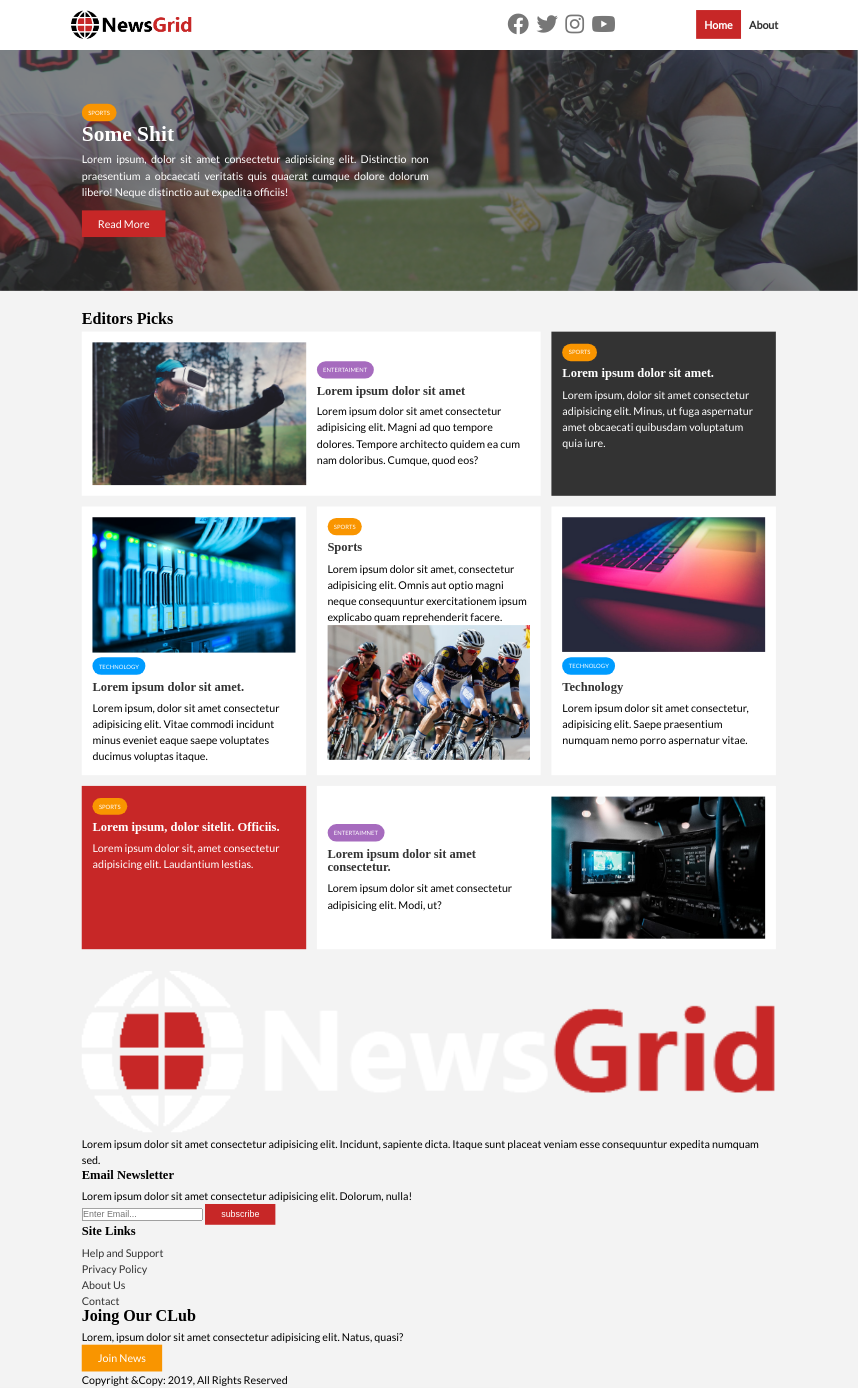
Repository: EswinGiova/NewsGrid
Page: index.html
The author's editor kept a copy of each file at every save. The page is drawn from the files as they stood at one save, then again after the next save.
The browser window is 1280 px wide. The pictures show the whole page, at 67% of full size.
Some web libraries are served in a nearby version.

Above is the page before, as saved 2020-09-20 15:43:21.

### index.html
<!DOCTYPE html>
<html lang="en">
  <head>
    <meta charset="UTF-8" />
    <meta name="viewport" content="width=device-width, initial-scale=1.0" />
    <link rel="shortcut icon" type="image/x-icon" href="favicon.ico" />
    <link
      href="https://fonts.googleapis.com/css2?family=Lato&family=Staatliches&display=swap"
      rel="stylesheet"
    />
    <link rel="stylesheet" href="./css/style.css" />
    <link
      rel="stylesheet"
      media="screen and (max-width: 768px)"
      href="./css/mobile.css"
    />

    <link
      rel="stylesheet"
      href="https://cdnjs.cloudflare.com/ajax/libs/font-awesome/5.14.0/css/all.min.css"
      integrity="sha512-1PKOgIY59xJ8Co8+NE6FZ+LOAZKjy+KY8iq0G4B3CyeY6wYHN3yt9PW0XpSriVlkMXe40PTKnXrLnZ9+fkDaog=="
      crossorigin="anonymous"
    />

    <title>NewsGrid | Latest News</title>
  </head>
  <body>
    <nav id="main-nav">
      <div class="container">
        <img src="./image_resources/logo.png" alt="" class="logo" />
        <div class="social">
          <a href="#" target="_blank"><i class="fab fa-facebook fa-2x"></i></a>
          <a href="#" target="_blank"><i class="fab fa-twitter fa-2x"></i></a>
          <a href="#" target="_blank"><i class="fab fa-instagram fa-2x"></i></a>
          <a href="#" target="_blank"><i class="fab fa-youtube fa-2x"></i></a>
        </div>
        <ul>
          <li><a href="#" class="current">Home</a></li>
          <li><a href="#">About </a></li>
        </ul>
      </div>
    </nav>

    <header id="showcase">
      <div class="container">
        <div class="showcase-container">
          <div class="showcase-content">
            <div class="category category-sports">Sports</div>
            <h1>Some Shit</h1>
            <p>
              Lorem ipsum, dolor sit amet consectetur adipisicing elit.
              Distinctio non praesentium a obcaecati veritatis quis quaerat
              cumque dolore dolorum libero! Neque distinctio aut expedita
              officiis!
            </p>
            <a href="./article.html" class="btn btn-primary">Read More </a>
          </div>
        </div>
      </div>
    </header>
    <!-- Hombe articles -->

    <section id="home-articles" class="py-2">
      <div class="container">
        <h2>Editors Picks</h2>
        <div class="articles-container">
          <article class="card">
            <img src="./image_resources/articles/ent1.jpg" alt="" />
            <div>
              <div class="category category-ent">Entertaiment</div>
              <h3>
                <a href="./article.html">Lorem ipsum dolor sit amet</a>
              </h3>
              <p>
                Lorem ipsum dolor sit amet consectetur adipisicing elit. Magni
                ad quo tempore dolores. Tempore architecto quidem ea cum nam
                doloribus. Cumque, quod eos?
              </p>
            </div>
          </article>
          <article class="card bg-dark">
            <div class="category category-sports">Sports</div>
            <h3>
              <a href="./article.html">Lorem ipsum dolor sit amet.</a>
            </h3>
            <p>
              Lorem ipsum, dolor sit amet consectetur adipisicing elit. Minus,
              ut fuga aspernatur amet obcaecati quibusdam voluptatum quia iure.
            </p>
          </article>

          <article class="card">
            <img src="./image_resources/articles/tech1.jpg" alt="" />
            <div class="category category-tech">Technology</div>
            <h3><a href="./article.html">Lorem ipsum dolor sit amet.</a></h3>
            <p>
              Lorem ipsum, dolor sit amet consectetur adipisicing elit. Vitae
              commodi incidunt minus eveniet eaque saepe voluptates ducimus
              voluptas itaque.
            </p>
          </article>

          <article class="card">
            <div class="category category-sports">Sports</div>
            <h3>
              <a href="./article.html">Sports</a>
            </h3>
            <p>
              Lorem ipsum dolor sit amet, consectetur adipisicing elit. Omnis
              aut optio magni neque consequuntur exercitationem ipsum explicabo
              quam reprehenderit facere.
            </p>
            <img src="./image_resources/articles/sports1.jpg" alt="" />
          </article>

          <article class="card">
            <img src="./image_resources/articles/tech2.jpg" alt="" />
            <div class="category category-tech">Technology</div>
            <h3><a href="./article.html">Technology</a></h3>
            <p>
              Lorem ipsum dolor sit amet consectetur, adipisicing elit. Saepe
              praesentium numquam nemo porro aspernatur vitae.
            </p>
          </article>
          <article class="card bg-primary">
            <div class="category category-sports">Sports</div>
            <h3>
              <a href="./article.html">Lorem ipsum, dolor sitelit. Officiis.</a>
            </h3>
            <p>
              Lorem ipsum dolor sit, amet consectetur adipisicing elit.
              Laudantium lestias.
            </p>
          </article>

          <article class="card">
            <div>
              <div class="category category-ent">Entertaimnet</div>
              <h3>
                <a href="./article.html"
                  >Lorem ipsum dolor sit amet consectetur.</a
                >
              </h3>
              <p>
                Lorem ipsum dolor sit amet consectetur adipisicing elit. Modi,
                ut?
              </p>
            </div>
            <img src="./image_resources/articles/ent2.jpg" alt="" />
          </article>
        </div>
      </div>
    </section>
    <footer id="main-footer">
      <div class="container footer-container">
        <div>
          <img src="./image_resources/logo_light.png" alt="news" />
          <p>
            Lorem ipsum dolor sit amet consectetur adipisicing elit. Incidunt,
            sapiente dicta. Itaque sunt placeat veniam esse consequuntur
            expedita numquam sed.
          </p>
        </div>
        <div>
          <h3>Email Newsletter</h3>
          <p>
            Lorem ipsum dolor sit amet consectetur adipisicing elit. Dolorum,
            nulla!
          </p>
          <form>
            <input type="email" placeholder="Enter Email..." />
            <input type="submit" value="subscribe" class="btn btn-primary" />
          </form>
        </div>
        <div>
          <h3>Site Links</h3>
          <ul class="list">
            <li><a href="#">Help and Support</a></li>
            <li><a href="#">Privacy Policy</a></li>
            <li><a href="#">About Us</a></li>
            <li><a href="#">Contact</a></li>
          </ul>
        </div>
        <div>
          <h2>Joing Our CLub</h2>
          <p>
            Lorem, ipsum dolor sit amet consectetur adipisicing elit. Natus,
            quasi?
          </p>
          <a href="#" class="btn btn-secondary">Join News</a>
        </div>
        <div>
          <p>Copyright &Copy: 2019, All Rights Reserved</p>
        </div>
      </div>
    </footer>
  </body>
</html>

### css/style.css
:root {
  --primary-color: #c72727;
  --secondary-color: #f99500;
  --light-color: #f3f3f3;
  --dark-color: #333;
  --max-width: 1100px;
}

.category {
  --sports-color: #f99500;
  --ent-color: #a66bbe;
  --tech-color: #009cff;
}
* {
  margin: 0;
  padding: 0;
  box-sizing: border-box;
}
body {
  font-family: 'Lato', sans-serif;
  line-height: 1.5;
  background: var(--light-color);
}

a {
  color: var(--dark-color);
  text-decoration: none;
}

ul {
  list-style: none;
}

img {
  width: 100%;
}

h1,
h2,
h3,
h4,
h5,
h6 {
  font-family: 'Staaliches', cursive;
  margin-bottom: 0.55rem;
  line-height: 1.3rem;
}

/*  utility class */

.container {
  max-width: var(--max-width);
  margin: auto;
  padding: 0 2rem;
  overflow: hidden;
}

/* category */

.category {
  display: inline-block;
  color: #fff;
  font-size: 0.55rem;
  text-transform: uppercase;
  padding: 0.4rem 0.6rem;
  border-radius: 15px;
  margin-bottom: 0.5rem;
}

.category-sports {
  background: var(--sports-color);
}
.category-ent {
  background: var(--ent-color);
}
.category-tech {
  background: var(--tech-color);
}

/* btn */

.btn {
  display: inline-block;
  border: none;
  background: var(--dark-color);
  color: #fff;
  padding: 0.5rem 1.5rem;
}

.btn-light {
  background: var(--light-color);
}
.btn-primary {
  background: var(--primary-color);
}
.btn-secondary {
  background: var(--secondary-color);
}
.btn:hover {
  opacity: 0.8;
}

.btn-block {
  display: block;
  width: 100%;
  text-align: center;
}

/* cards */

.card {
  background: white;
  padding: 1rem;
}

.bg-dark {
  background: var(--dark-color);
  color: white;
}
.bg-primary {
  background: var(--primary-color);
  color: white;
}
.bg-secondary {
  background: var(--secondary-color);
  color: #fff;
}
.py-1 {
  padding: 1.5rem 0;
}
.py-2 {
  padding: 2rem 0;
}
.py-3 {
  padding: 3rem 0;
}
.p-1 {
  padding: 1.5rem;
}
.p-2 {
  padding: 2rem;
}
.p-3 {
  padding: 3rem;
}

.bg-dark h1,
.bg-dark h2,
.bg-dark h3,
.bg-dark a,
.bg-primary h1,
.bg-primary h2,
.bg-primary h3,
.bg-primary a,
.bg-secondary h1,
.bg-secondary h2,
.bg-secondary h3,
.bg-secondary a {
  color: #fff;
}

/* Navigation */
#main-nav {
  background: #fff;
  position: sticky;
  top: 0;
  z-index: 2;
}

#main-nav .container {
  display: grid;
  grid-template-columns: 6fr 3fr 2fr;
  padding: 1rem;
  align-items: center;
}

#main-nav .logo {
  width: 180px;
}

#main-nav ul {
  display: flex;
  justify-self: end;
}

#main-nav ul li a {
  padding: 0.77rem;
  font-weight: bold;
}

#main-nav ul li .current {
  background: var(--primary-color);
  color: white;
}

#main-nav ul li .current:hover {
  background: var(--light-color);
  color: var(--dark-color);
}
#main-nav .social {
  justify-self: center;
}

#main-nav .social i {
  color: #777;
  margin-left: 0.5rem;
}

/* showcase */
#showcase {
  background: #333;
  color: #fff;
  position: relative;
}

#showcase:before {
  content: '';
  background: url('../image_resources/featured.jpg') center center/cover;
  position: absolute;
  top: 0;
  left: 0;
  width: 100%;
  height: 100%;
  opacity: 0.4;
}
#showcase .showcase-container {
  height: 50vh;
  display: grid;
  grid-template-columns: repeat(2, 1fr);
  justify-content: center;
  align-content: center;
}
#showcase .showcase-container .showcase-content {
  z-index: 2;
  text-align: justify;
}
#showcase .showcase-container .showcase-content p {
  margin: 1rem 0;
}
/* Home Articles  */

#home-articles .articles-container {
  display: grid;
  grid-template-columns: repeat(3, 1fr);
  grid-gap: 1rem;
}

#home-articles .articles-container > *:first-child,
#home-articles .articles-container > *:last-child {
  display: grid;
  grid-template-columns: repeat(2, 1fr);
  grid-column: 1 / span 2;
  grid-gap: 1rem;
  align-items: center;
}
#home-articles .articles-container > *:last-child {
  grid-column: 2 / span 2;
}

Loaded but not shown: css/mobile.css (no copy from this time; the picture is the same without it)

After the next save:
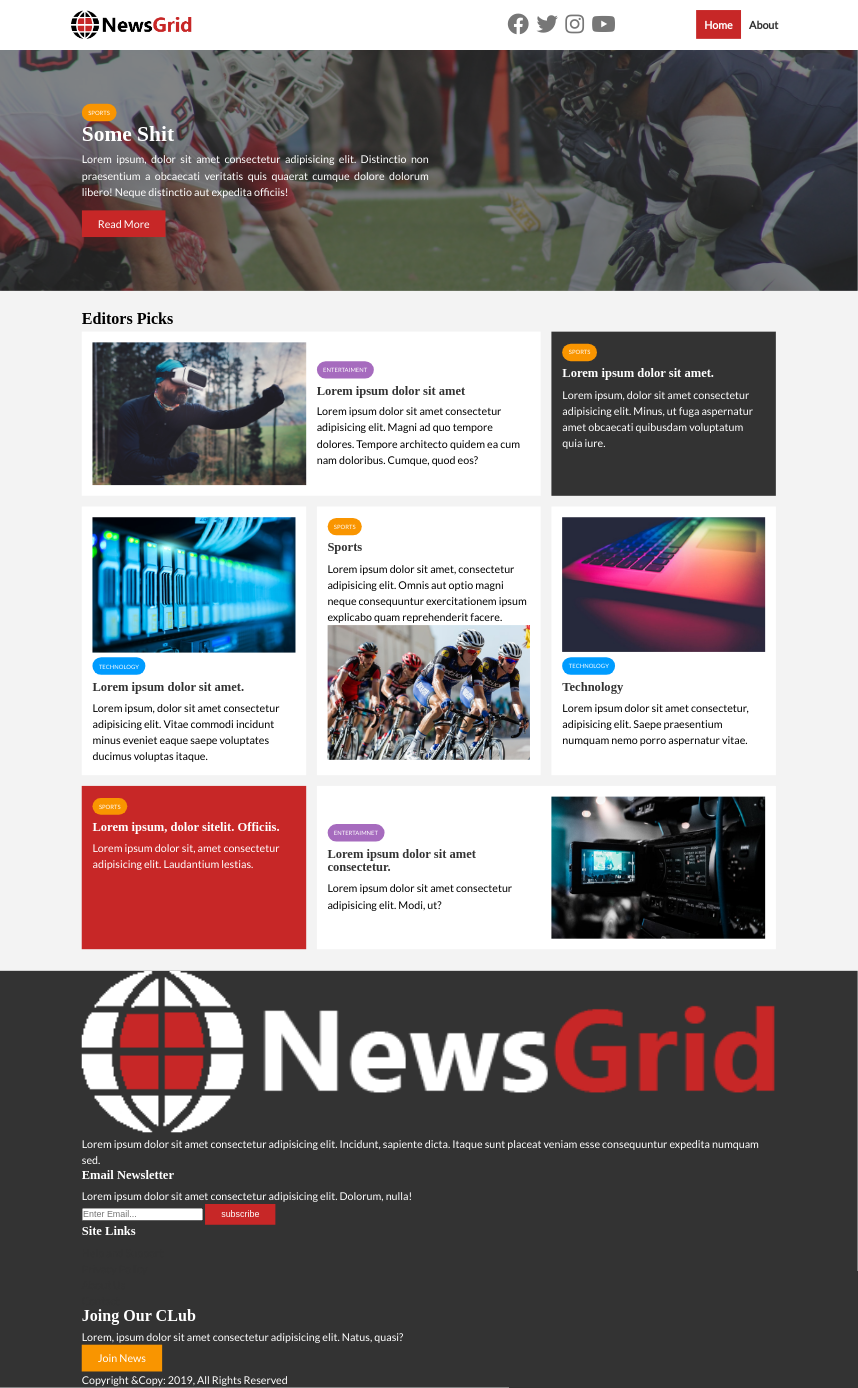
Saved 41 s later.
--- a/css/style.css
+++ b/css/style.css
@@ -256,3 +256,9 @@ h6 {
 #home-articles .articles-container > *:last-child {
   grid-column: 2 / span 2;
 }
+
+/* footer */
+#main-footer {
+  background: var(--dark-color);
+  color: #fff;
+}
